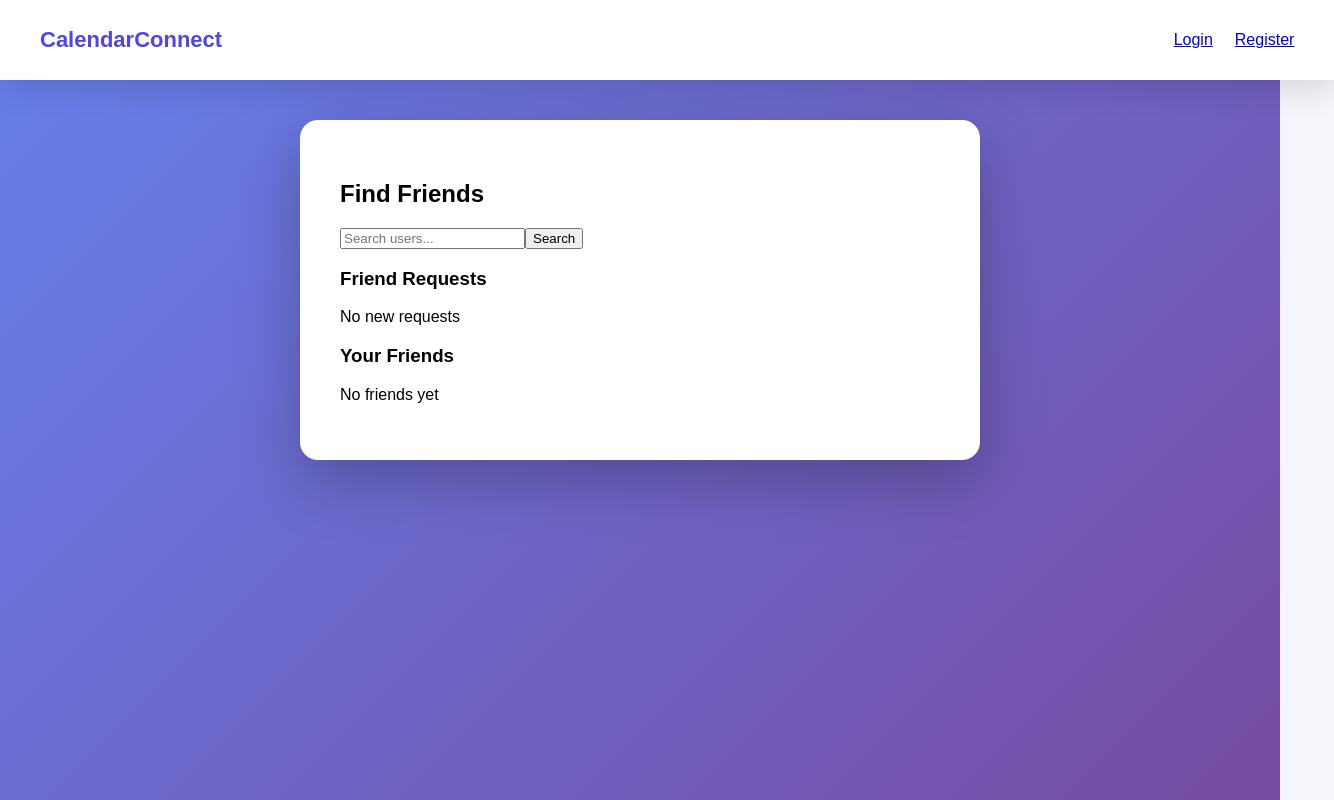
Repository: BMXracer44/CalendarConnect
Page: /friends (app in frontend/)
An editor plug-in stored every save of this project. The page is shown before and after the next save, followed by the edit.
The browser window is 1280 px wide. The page is 1334 px wide, so the pictures cover 1334 px, including what lies to the right of the window. The pictures show the whole page.
The project was rebuilt for these pictures with package versions that can differ from the ones it lists, and the page was loaded fresh each time. Also part of the build but not shown: frontend/src/pages/Login.jsx, frontend/src/pages/Register.jsx, frontend/src/pages/Profile.jsx, frontend/src/pages/Calendar.jsx.

Above is the page before, as saved 2026-05-01 14:50:14.

### frontend/src/index.js
import React from "react";
import ReactDOM from "react-dom/client";
import App from "./App";
import { AuthProvider } from "./context/AuthContext";
import { router } from "./router";
import { RouterProvider } from "react-router-dom";
import "./index.css";

ReactDOM.createRoot(document.getElementById("root")).render(
  <AuthProvider>
    <RouterProvider router={router} />
  </AuthProvider>
);

### frontend/src/App.js
import { Outlet } from "react-router-dom";
import Navbar from "./components/Navbar";
import "./index.css";

function App() {
  return (
    <div>
      <Navbar />
      <Outlet />
    </div>
  );
}

export default App;

### frontend/src/context/AuthContext.js
import { createContext, useState } from "react";

export const AuthContext = createContext();

export const AuthProvider = ({ children }) => {

  const [user, setUser] = useState(() => {
    const storedUser = localStorage.getItem("user");
    return storedUser ? JSON.parse(storedUser) : null;
  });

  const login = (response) => {
    const userData = response.data;

    localStorage.setItem("user", JSON.stringify(userData));
    setUser(userData);
  };

  const logout = () => {
    localStorage.removeItem("user");
    setUser(null);
  };

  return (
    <AuthContext.Provider value={{ user, login, logout }}>
      {children}
    </AuthContext.Provider>
  );
};

### frontend/src/router.jsx
import { createBrowserRouter } from "react-router-dom";
import App from "./App";
import Login from "./pages/Login";
import Register from "./pages/Register";
import Home from "./pages/Home";
import Profile from "./pages/Profile";
import Calendar from "./pages/Calendar";
import Friends from "./pages/Friends";

export const router = createBrowserRouter([
  {
    path: "/",
    element: <App />,
    children: [
      { index: true, element: <Login /> },
      { path: "register", element: <Register /> },
      { path: "calendar", element: <Calendar /> },
      { path: "profile", element: <Profile /> },
      { path: "friends", element: <Friends /> }
    ]
  }
]);

### frontend/src/index.css
/* =========================
   GLOBAL
========================= */
body {
  margin: 0;
  font-family: Arial, sans-serif;
  background: #f4f6fb;
}

/* =========================
   NAVBAR
========================= */
.navbar {
  width: 98%;
  height: 80px;

  display: flex;
  justify-content: space-between;
  align-items: center;

  padding: 0 40px;

  background: rgba(255, 255, 255, 0.92);
  backdrop-filter: blur(12px);

  box-shadow: 0 10px 30px rgba(0, 0, 0, 0.12);

  position: sticky;
  top: 0;
  z-index: 1000;
}

.navbar-left {
  font-size: 22px;
  font-weight: 800;
  color: #4f46e5;
}

.navbar-right {
  display: flex;
  align-items: center;
  gap: 22px;
}

.nav-link {
  text-decoration: none;
  font-size: 15px;
  font-weight: 600;
  color: #555;
  padding: 10px 12px;
  border-radius: 10px;
  transition: 0.2s ease;
}

.nav-link:hover {
  background: rgba(102, 126, 234, 0.12);
  color: #4f46e5;
}

.nav-user {
  font-size: 14px;
  font-weight: 600;
  color: #333;
  padding: 8px 12px;
  border-radius: 10px;
  background: rgba(102, 126, 234, 0.08);
}

.nav-button {
  padding: 10px 16px;

  border-radius: 10px;
  border: none;

  background: linear-gradient(135deg, #667eea, #764ba2);
  color: white;

  font-size: 13px;
  font-weight: 600;

  cursor: pointer;

  transition: 0.2s ease;
}

.nav-button:hover {
  transform: translateY(-2px);
  box-shadow: 0 8px 18px rgba(102, 126, 234, 0.35);
}

/* =========================
   LOGIN / REGISTER / PROFILE BACKGROUND
========================= */
.login-container {
  min-height: calc(100vh - 80px);

  display: flex;
  justify-content: center;
  align-items: center;

  padding: 40px 20px;

  background: linear-gradient(135deg, #667eea, #764ba2);
}

/* =========================
   LOGIN CARD
========================= */
.login-card {
  width: 100%;
  max-width: 520px;

  background: #ffffff;

  padding: 50px 45px;

  border-radius: 18px;

  box-shadow: 0 20px 60px rgba(0, 0, 0, 0.25);

  text-align: center;

  animation: fadeIn 0.4s ease-in-out;
}

.login-card h2 {
  font-size: 30px;
  margin-bottom: 10px;
  color: #333;
}

.login-card p {
  font-size: 15px;
  color: #777;
}

.login-card input {
  width: 100%;

  padding: 14px 16px;
  margin-top: 14px;

  border: 1px solid #ddd;
  border-radius: 12px;

  font-size: 15px;

  outline: none;
  transition: 0.25s ease;
}

.login-card input:focus {
  border-color: #667eea;
  box-shadow: 0 0 10px rgba(102, 126, 234, 0.35);
}

.login-card button {
  width: 100%;

  padding: 14px;

  margin-top: 22px;

  background: #667eea;
  color: white;

  border: none;
  border-radius: 12px;

  font-size: 16px;
  font-weight: bold;

  cursor: pointer;

  transition: 0.2s ease;
}

.login-card button:hover {
  background: #5a67d8;
  transform: translateY(-2px);
}

/* =========================
   PROFILE LAYOUT (LEFT / RIGHT)
========================= */
.profile-container {
  min-height: calc(100vh - 80px);

  display: flex;
  justify-content: center;
  align-items: center;

  padding: 40px 20px;

  background: linear-gradient(135deg, #667eea, #764ba2);
}

.profile-card {
  width: 100%;
  max-width: 900px;

  background: white;

  padding: 40px;

  border-radius: 18px;

  box-shadow: 0 20px 60px rgba(0,0,0,0.25);

  display: flex;
  gap: 30px;
}

.profile-left {
  flex: 1;

  background: #f4f6fb;

  padding: 25px;

  border-radius: 14px;
}

.profile-right {
  flex: 2;
}

.profile-right input {
  width: 100%;

  padding: 14px 16px;
  margin-top: 12px;

  border: 1px solid #ddd;
  border-radius: 12px;

  font-size: 14px;

  outline: none;
}

.profile-right input:focus {
  border-color: #667eea;
  box-shadow: 0 0 10px rgba(102, 126, 234, 0.35);
}

.profile-right button {
  width: 100%;

  padding: 14px;

  margin-top: 20px;

  background: #667eea;
  color: white;

  border: none;
  border-radius: 12px;

  font-weight: bold;

  cursor: pointer;
}

.profile-right button:hover {
  transform: translateY(-2px);
}

/* =========================
   FRIENDS PAGE
========================= */
.friends-container {
  min-height: calc(100vh - 80px);

  display: flex;
  justify-content: center;
  align-items: flex-start;

  padding: 40px 20px;

  background: linear-gradient(135deg, #667eea, #764ba2);
}

.friends-card {
  width: 100%;
  max-width: 600px;

  background: white;

  padding: 40px;

  border-radius: 18px;

  box-shadow: 0 20px 60px rgba(0,0,0,0.25);
}

/* =========================
   CALENDAR PAGE
========================= */
.calendar-page {
  min-height: calc(100vh - 80px);

  display: flex;
  justify-content: center;
  align-items: flex-start;

  padding: 40px 20px;

  background: linear-gradient(135deg, #667eea, #764ba2);
}

/* =========================
   MODAL
========================= */
.modal-overlay {
  position: fixed;
  inset: 0;

  background: rgba(0,0,0,0.55);

  display: flex;
  justify-content: center;
  align-items: center;

  z-index: 9999;
}

.modal-box {
  width: 420px;

  background: white;

  padding: 45px 40px;

  border-radius: 18px;

  box-shadow: 0 20px 60px rgba(0,0,0,0.25);
}

/* =========================
   ADD EVENT BUTTON
========================= */
.addevent {
  padding: 12px 18px;

  border: none;
  border-radius: 12px;

  background: linear-gradient(135deg, #667eea, #764ba2);
  color: white;

  font-weight: 700;

  cursor: pointer;

  transition: 0.2s ease;
}

.addevent:hover {
  transform: translateY(-2px);
}

/* =========================
   ANIMATION
========================= */
@keyframes fadeIn {
  from {
    opacity: 0;
    transform: translateY(15px);
  }
  to {
    opacity: 1;
    transform: translateY(0);
  }
}
/* =========================
   MODAL HEADER (TITLE + ICONS)
========================= */
.modal-header {
  display: flex;
  justify-content: space-between;
  align-items: center;
  margin-bottom: 25px;
}

.modal-header h2 {
  margin: 0;
  font-size: 22px;
  color: #333;
}

/* ACTION ICONS (edit + close) */
.modal-actions {
  display: flex;
  gap: 14px;
}

.modal-actions span {
  font-size: 18px;
  padding: 6px 10px;
  border-radius: 10px;
  transition: 0.2s ease;
}

.modal-actions span:hover {
  background: rgba(102, 126, 234, 0.15);
  color: #4f46e5;
}

/* =========================
   FORM INPUTS (CREATE + EDIT)
========================= */
.modal-box input {
  width: 100%;

  padding: 13px 15px;
  margin-top: 12px;

  border: 1px solid #ddd;
  border-radius: 12px;

  font-size: 14px;

  outline: none;
  transition: 0.25s ease;
}

.modal-box input:focus {
  border-color: #667eea;
  box-shadow: 0 0 10px rgba(102, 126, 234, 0.35);
}

/* =========================
   TEXTAREA (if you upgrade later)
========================= */
.modal-box textarea {
  width: 100%;

  padding: 13px 15px;
  margin-top: 12px;

  border: 1px solid #ddd;
  border-radius: 12px;

  font-size: 14px;

  resize: none;
  outline: none;
}

/* =========================
   BUTTONS (CREATE / SAVE / CANCEL)
========================= */
.modal-box button {
  width: 100%;

  padding: 13px;
  margin-top: 18px;

  border-radius: 12px;
  border: none;

  font-size: 14px;
  font-weight: 600;

  cursor: pointer;
  transition: 0.2s ease;
}

/* PRIMARY BUTTON */
.modal-box button[type="submit"] {
  background: linear-gradient(135deg, #667eea, #764ba2);
  color: white;
}

.modal-box button[type="submit"]:hover {
  transform: translateY(-2px);
  box-shadow: 0 10px 20px rgba(102, 126, 234, 0.35);
}

/* CANCEL BUTTON */
.modal-box button[type="button"] {
  background: #f1f3f8;
  color: #444;
}

.modal-box button[type="button"]:hover {
  background: #e5e7eb;
}

/* =========================
   EVENT DETAILS DISPLAY
========================= */
.modal-box p {
  margin: 10px 0;
  font-size: 14px;
  color: #444;
}

.modal-box p b {
  font-size: 16px;
  color: #222;
}

/* =========================
   MODAL IMPROVEMENTS
========================= */
.modal-box {
  animation: fadeIn 0.3s ease;
}

.modal-overlay {
  backdrop-filter: blur(6px);
}
/* =========================
   FIND FRIENDS BUTTON
========================= */
.open-search-btn {
  padding: 12px 18px;

  border: none;
  border-radius: 12px;

  background: linear-gradient(135deg, #667eea, #764ba2);
  color: white;

  font-size: 13px;
  font-weight: 700;

  cursor: pointer;

  transition: 0.2s ease;

  box-shadow: 0 8px 18px rgba(102, 126, 234, 0.25);
}

.open-search-btn:hover {
  transform: translateY(-2px);
  box-shadow: 0 12px 24px rgba(102, 126, 234, 0.35);
}

.open-search-btn:active {
  transform: translateY(0px);
  box-shadow: 0 6px 14px rgba(102, 126, 234, 0.25);
}
.friends-search input {
  width: 94%;

  padding: 16px 18px;

  border: 1px solid #ddd;
  border-radius: 12px;

  font-size: 16px;

  outline: none;

  transition: 0.25s ease;
}

.friends-search input:focus {
  border-color: #667eea;
  box-shadow: 0 0 10px rgba(102, 126, 234, 0.35);
}
.friends-search button {
  margin-top: 12px;
  width: 100%;

  padding: 13px;

  border: none;
  border-radius: 12px;

  background: linear-gradient(135deg, #667eea, #764ba2);
  color: white;

  font-size: 14px;
  font-weight: 700;

  cursor: pointer;

  transition: 0.2s ease;

  box-shadow: 0 8px 18px rgba(102, 126, 234, 0.25);
}

.friends-search button:hover {
  transform: translateY(-2px);
  box-shadow: 0 12px 24px rgba(102, 126, 234, 0.35);
}

.friends-search button:active {
  transform: translateY(0px);
}
/* =========================
   ERROR POPUP (CONFLICT / SERVER ERRORS)
========================= */
.error-popup {
  position: fixed;
  top: 25px;
  left: 50%;
  transform: translateX(-50%);
  z-index: 10000;

  background: white;
  border-left: 6px solid #ef4444;

  padding: 14px 18px;
  border-radius: 12px;

  box-shadow: 0 10px 25px rgba(0,0,0,0.2);

  animation: fadeIn 0.3s ease;
  min-width: 280px;
}

.error-popup p {
  margin: 0;
  font-size: 14px;
  color: #333;
  font-weight: 600;
}

.error-box {
  display: flex;
  justify-content: space-between;
  align-items: center;
  gap: 12px;
}

/* CLOSE BUTTON */
.error-box button {
  background: #ef4444;
  color: white;

  border: none;
  border-radius: 8px;

  padding: 6px 10px;

  cursor: pointer;
  font-size: 12px;
  font-weight: 600;

  transition: 0.2s ease;
}

.error-box button:hover {
  background: #dc2626;
  transform: translateY(-1px);
}

### frontend/src/components/Navbar.jsx
import { useContext, useEffect, useState } from "react";
import { AuthContext } from "../context/AuthContext";
import { Link, useNavigate } from "react-router-dom";

const Navbar = () => {
  const { user, logout } = useContext(AuthContext);
  const navigate = useNavigate();

  const [requests, setRequests] = useState([]);
  const [showRequests, setShowRequests] = useState(false);

  const handleLogout = () => {
    logout();
    navigate("/");
  };

  const loadRequests = async () => {
    try {
      const res = await fetch(
        `http://localhost:8080/api/friends/requests/${user.id}`
      );

      const data = await res.json();
      setRequests(Array.isArray(data) ? data : []);
    } catch (err) {
      console.error(err);
    }
  };

  useEffect(() => {
    if (!user?.id) return;

    loadRequests();

    const interval = setInterval(loadRequests, 5000);

    return () => clearInterval(interval);
  }, [user]);

  const acceptFriend = async (fromId) => {
    await fetch(
      `http://localhost:8080/api/friends/accept?from=${fromId}&to=${user.id}`,
      { method: "POST" }
    );

    loadRequests();
  };

  return (
    <nav className="navbar">
      <div className="navbar-left">CalendarConnect</div>

      <div className="navbar-right">
        {!user ? (
          <>
            <Link to="/">Login</Link>
            <Link to="/register">Register</Link>
          </>
        ) : (
          <>
            {/* 🔔 */}
            <div className="nav-bell">
              <button onClick={() => setShowRequests(!showRequests)}>
                🔔 {requests.length > 0 && `(${requests.length})`}
              </button>

              {showRequests && (
                <div className="dropdown">
                  <h4>Requests</h4>

                  {requests.map((r) => (
                    <div key={r.id}>
                      <span>{r.username}</span>

                      <button onClick={() => acceptFriend(r.requesterId)}>
                        Accept
                      </button>
                    </div>
                  ))}
                </div>
              )}
            </div>

            <Link to="/profile">{user.username}</Link>
            <Link to="/calendar">Calendar</Link>
            <Link to="/friends">Friends</Link>

            <button onClick={handleLogout}>Logout</button>
          </>
        )}
      </div>
    </nav>
  );
};

export default Navbar;

### frontend/src/pages/Friends.jsx
import { useContext, useEffect, useState } from "react";
import { AuthContext } from "../context/AuthContext";

const Friends = () => {
  const { user } = useContext(AuthContext);

  const [search, setSearch] = useState("");
  const [results, setResults] = useState([]);

  const [friends, setFriends] = useState([]);
  const [requests, setRequests] = useState([]);

  // ================= LOAD FRIENDS =================
  const loadFriends = () => {
    fetch(`http://localhost:8080/api/friends/${user.id}`)
      .then((res) => res.json())
      .then((data) => setFriends(data))
      .catch(() => console.log("Failed to load friends"));
  };

  // ================= LOAD REQUESTS =================
  const loadRequests = () => {
    fetch(`http://localhost:8080/api/friends/requests/${user.id}`)
      .then((res) => res.json())
      .then((data) => setRequests(data))
      .catch(() => console.log("Failed to load requests"));
  };

  useEffect(() => {
    if (user?.id) {
      loadFriends();
      loadRequests();
    }
  }, [user]);

  // ================= SEARCH USERS =================
  const searchUsers = () => {
    fetch(
      `http://localhost:8080/api/user/search?query=${search}&currentUserId=${user.id}`
    )
      .then((res) => res.json())
      .then((data) => setResults(data))
      .catch(() => console.log("Search failed"));
  };

  // ================= SEND REQUEST =================
  const addFriend = (toId) => {
    fetch(
      `http://localhost:8080/api/friends/add?from=${user.id}&to=${toId}`,
      { method: "POST" }
    )
      .then(() => alert("Friend request sent"))
      .catch((err) => console.log("Add friend error:", err));
  };

  // ================= ACCEPT REQUEST =================
  const acceptFriend = (fromId) => {
    fetch(
      `http://localhost:8080/api/friends/accept?from=${fromId}&to=${user.id}`,
      { method: "POST" }
    )
      .then(() => {
        loadFriends();
        loadRequests();
      })
      .catch(() => console.log("Accept failed"));
  };

  return (
    <div className="friends-container">
      <div className="friends-card">

        {/* ================= SEARCH (TOP) ================= */}
        <div className="search-dropdown">
          <h2>Find Friends</h2>

          <input
            type="text"
            placeholder="Search users..."
            value={search}
            onChange={(e) => setSearch(e.target.value)}
          />

          <button onClick={searchUsers}>Search</button>

          {results.map((u) => (
            <div className="friend-item" key={u.id}>
              <span>{u.username}</span>
              <button onClick={() => addFriend(u.id)}>Add</button>
            </div>
          ))}
        </div>

        {/* ================= FRIEND REQUESTS ================= */}
        <div className="friends-requests">
          <h3>Friend Requests</h3>

          {requests.length === 0 && <p>No new requests</p>}

          {requests.map((r) => (
            <div className="friend-item" key={r.id}>
              <span>{r.username}</span>
              <button onClick={() => acceptFriend(r.id)}>
                Accept
              </button>
            </div>
          ))}
        </div>

        {/* ================= FRIENDS LIST ================= */}
        <div className="friends-list">
          <h3>Your Friends</h3>

          {friends.length === 0 && <p>No friends yet</p>}

          {friends.map((f) => (
            <div className="friend-item" key={f.id}>
              <span>{f.username}</span>
            </div>
          ))}
        </div>

      </div>
    </div>
  );
};

export default Friends;

Loaded but not shown: frontend/src/pages/Home.jsx (no stored copy; drawn as an empty file)

After the next save:
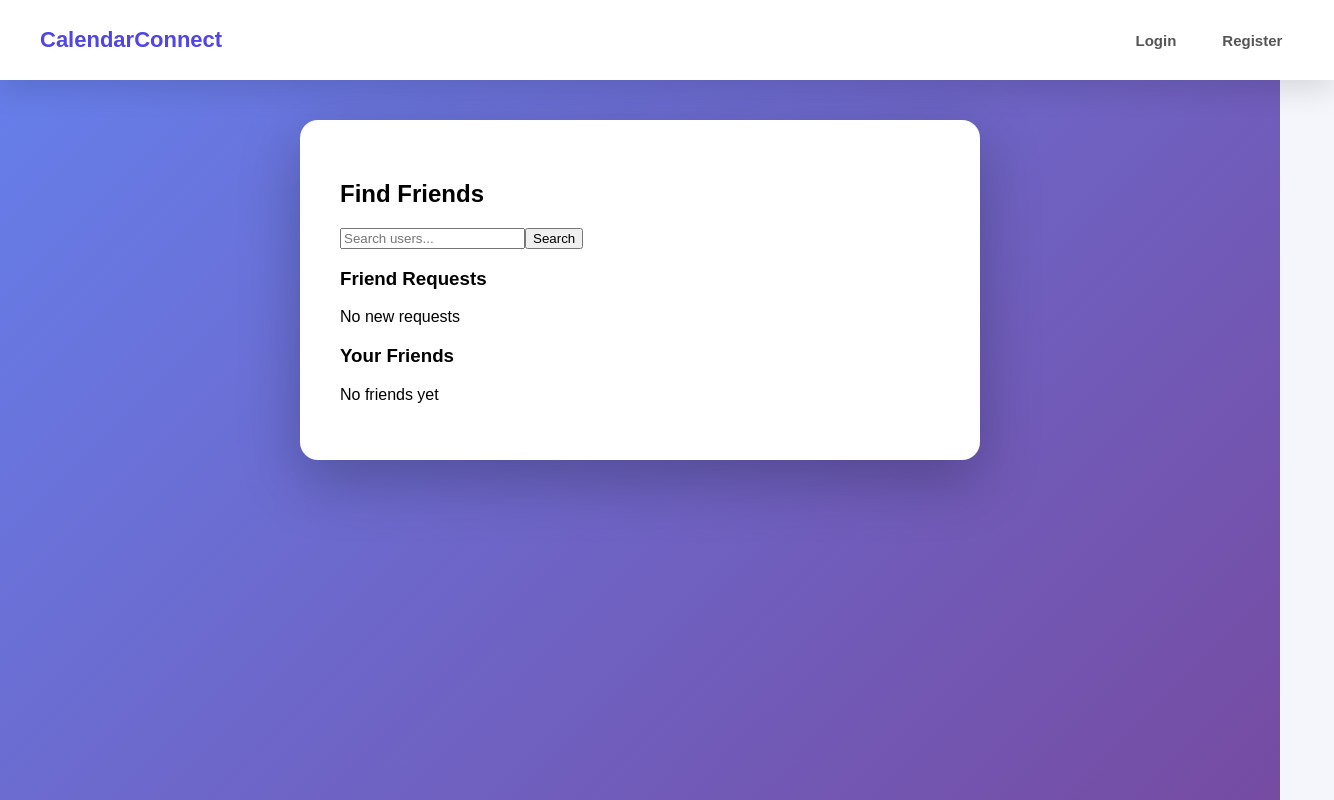
Saved 110 s later.
--- a/frontend/src/components/Navbar.jsx
+++ b/frontend/src/components/Navbar.jsx
@@ -31,7 +31,6 @@ const Navbar = () => {
     if (!user?.id) return;
 
     loadRequests();
-
     const interval = setInterval(loadRequests, 5000);
 
     return () => clearInterval(interval);
@@ -51,41 +50,60 @@ const Navbar = () => {
       <div className="navbar-left">CalendarConnect</div>
 
       <div className="navbar-right">
+
         {!user ? (
           <>
-            <Link to="/">Login</Link>
-            <Link to="/register">Register</Link>
+            <Link className="nav-link" to="/">Login</Link>
+            <Link className="nav-link" to="/register">Register</Link>
           </>
         ) : (
           <>
-            {/* 🔔 */}
+            {/* 🔔 NOTIFICATION */}
             <div className="nav-bell">
-              <button onClick={() => setShowRequests(!showRequests)}>
-                🔔 {requests.length > 0 && `(${requests.length})`}
+              <button
+                className="bell-button"
+                onClick={() => setShowRequests(!showRequests)}
+              >
+                🔔
+                {requests.length > 0 && (
+                  <span className="bell-count">{requests.length}</span>
+                )}
               </button>
 
               {showRequests && (
-                <div className="dropdown">
-                  <h4>Requests</h4>
+                <div className="dropdown-card">
+                  <h4>Friend Requests</h4>
 
-                  {requests.map((r) => (
-                    <div key={r.id}>
-                      <span>{r.username}</span>
+                  {requests.length === 0 ? (
+                    <p className="empty-text">No requests</p>
+                  ) : (
+                    requests.map((r) => (
+                      <div className="dropdown-item" key={r.id}>
+                        <span>{r.username}</span>
 
-                      <button onClick={() => acceptFriend(r.requesterId)}>
-                        Accept
-                      </button>
-                    </div>
-                  ))}
+                        <button
+                          className="accept-btn"
+                          onClick={() => acceptFriend(r.requesterId)}
+                        >
+                          Accept
+                        </button>
+                      </div>
+                    ))
+                  )}
                 </div>
               )}
             </div>
 
-            <Link to="/profile">{user.username}</Link>
-            <Link to="/calendar">Calendar</Link>
-            <Link to="/friends">Friends</Link>
+            <Link className="nav-user" to="/profile">
+              {user.username}
+            </Link>
 
-            <button onClick={handleLogout}>Logout</button>
+            <Link className="nav-link" to="/calendar">Calendar</Link>
+            <Link className="nav-link" to="/friends">Friends</Link>
+
+            <button className="nav-button" onClick={handleLogout}>
+              Logout
+            </button>
           </>
         )}
       </div>
